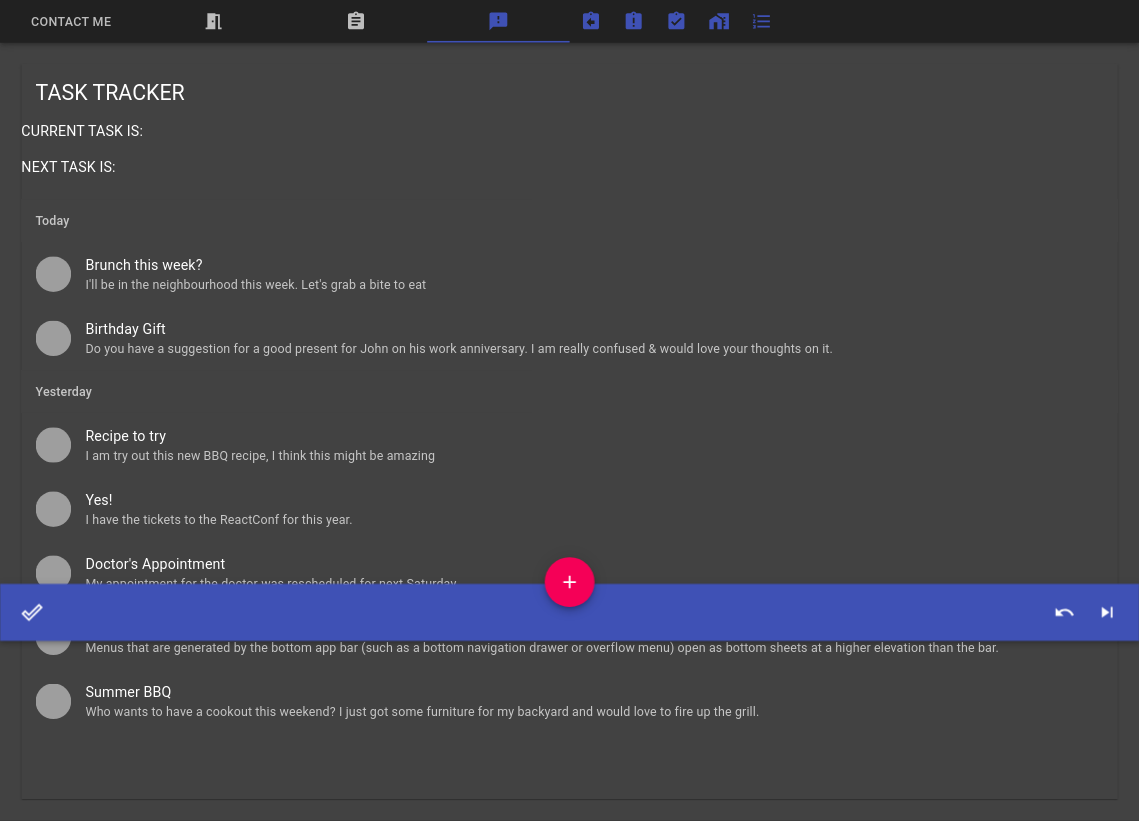
Repository: hossamsulleman1/CONTACTME
Page: / (app in my-app/), after clicking the first element matching `#scrollable-auto-tab-3`
An editor plug-in stored every save of this project. The page is shown before and after a run of saves, followed by the edit.
The browser window is 1280 px wide. The pictures show the whole page, at 89% of full size.
Pictures or frames that could not be fetched are drawn as grey boxes. The project was rebuilt for these pictures with package versions that can differ from the ones it lists, and the page was loaded fresh each time. Also part of the build but not shown: my-app/src/Components/ProfileFolder/FriendsAvatarList.jsx, my-app/src/Components/ProfileFolder/Content.jsx, my-app/src/Components/Preview.jsx.

Above is the page before, as saved 2020-11-09 11:36:45.

### my-app/src/App.js
import "./App.css";
import IconNav from "./Components/IconNav";
import { createMuiTheme, ThemeProvider } from "@material-ui/core/styles";

const theme = createMuiTheme({
  palette: {
    type: "dark",
  },
});

function App() {
  return (
    <ThemeProvider theme={theme}>
      <IconNav></IconNav>
    </ThemeProvider>
  );
}

export default App;

### my-app/src/App.css
.App {
  text-align: center;
}

.floatRight {
  float: right;
}

.flexbox {
 display: flex;
}

.App-logo {
  height: 40vmin;
  pointer-events: none;
}

@media (prefers-reduced-motion: no-preference) {
  .App-logo {
    animation: App-logo-spin infinite 20s linear;
  }
}

.App-header {
  background-color: #282c34;
  min-height: 100vh;
  display: flex;
  flex-direction: column;
  align-items: center;
  justify-content: center;
  font-size: calc(10px + 2vmin);
  color: white;
}

.App-link {
  color: #61dafb;
}

@keyframes App-logo-spin {
  from {
    transform: rotate(0deg);
  }
  to {
    transform: rotate(360deg);
  }
}

### my-app/src/Components/IconNav.jsx
import React from "react";
import PropTypes from "prop-types";
import { makeStyles } from "@material-ui/core/styles";
import AppBar from "@material-ui/core/AppBar";
import Tabs from "@material-ui/core/Tabs";
import Tab from "@material-ui/core/Tab";
import Typography from "@material-ui/core/Typography";
import Box from "@material-ui/core/Box";
import PhoneIcon from "@material-ui/icons/Phone";
import PageProp from "./PageProp";
import Button from "@material-ui/core/Button";
import Content from "./ProfileFolder/Content";
import MeetingRoomIcon from "@material-ui/icons/MeetingRoom";
import HomeWorkIcon from "@material-ui/icons/HomeWork";
import IconButton from "@material-ui/core/IconButton";
import "../App.css";
import Preview from "./Preview";
import FormatListNumberedIcon from "@material-ui/icons/FormatListNumbered";
import AssignmentTurnedInIcon from "@material-ui/icons/AssignmentTurnedIn";
import AssignmentReturnIcon from "@material-ui/icons/AssignmentReturn";
import AssignmentLateIcon from "@material-ui/icons/AssignmentLate";
import AssignmentIcon from "@material-ui/icons/Assignment";
import BottomNav from "./BottomNav";
import SmsFailedIcon from "@material-ui/icons/SmsFailed";

function TabPanel(props) {
  const { children, value, index, ...other } = props;

  return (
    <div
      role="tabpanel"
      hidden={value !== index}
      id={`scrollable-auto-tabpanel-${index}`}
      aria-labelledby={`scrollable-auto-tab-${index}`}
      {...other}
    >
      {value === index && (
        <Box p={3}>
          <Typography>{children}</Typography>
        </Box>
      )}
    </div>
  );
}

TabPanel.propTypes = {
  children: PropTypes.node,
  index: PropTypes.any.isRequired,
  value: PropTypes.any.isRequired,
};

function a11yProps(index) {
  return {
    id: `scrollable-auto-tab-${index}`,
    "aria-controls": `scrollable-auto-tabpanel-${index}`,
  };
}

const useStyles = makeStyles((theme) => ({
  root: {
    flexGrow: 1,
    width: "100%",
    backgroundColor: theme.palette.background.paper,
  },
}));

export default function IconNav() {
  const classes = useStyles();
  const [value, setValue] = React.useState(0);

  const handleChange = (event, newValue) => {
    setValue(newValue);
  };

  return (
    <div className={classes.root}>
      <AppBar position="static" color="default">
        <Tabs
          value={value}
          onChange={handleChange}
          indicatorColor="primary"
          textColor="primary"
          variant="scrollable"
          scrollButtons="auto"
          aria-label="scrollable auto tabs example"
        >
          {/* <div className="floatRight">
            <IconButton
              aria-label="delete"
              href="https://semptiareact.web.app/"
            >
              <HomeWorkIcon></HomeWorkIcon>
            </IconButton>
          </div> */}
          {/* <Tab icon={<PhoneIcon />} label="ME" {...a11yProps(0)} />
          <Tab icon={<PhoneIcon />} label="Linked In" {...a11yProps(1)} /> */}
          {/* <Tab label="Facebook" {...a11yProps(2)} />
          <Tab label="Instagram" {...a11yProps(3)} />
          <Tab label="Snapchat" {...a11yProps(4)} /> */}
          <Tab label="CONTACT ME" {...a11yProps(0)} />
          <Tab icon={<MeetingRoomIcon />} {...a11yProps(1)} />
          <Tab icon={<AssignmentIcon />} {...a11yProps(2)} />
          <Tab icon={<SmsFailedIcon />} {...a11yProps(3)} />

          <div className="flexbox">
            <div className="floatRight">
              <IconButton
                color="primary"
                aria-label="delete"
                href="https://semptiareact.web.app/"
              >
                <AssignmentReturnIcon />
                {/* GOES TO SEMPTIA TASK TRACKING PAGE  */}
              </IconButton>
            </div>
            <div className="floatRight">
              <IconButton
                color="primary"
                aria-label="delete"
                href="https://semptiareact.web.app/"
              >
                <AssignmentLateIcon />
                {/* GOES TO SEMPTIA TASK TRACKING PAGE  */}
              </IconButton>
            </div>
            <div className="floatRight">
              <IconButton
                color="primary"
                aria-label="delete"
                href="https://semptiareact.web.app/"
              >
                <AssignmentTurnedInIcon />
                {/* GOES TO SEMPTIA TASK TRACKING PAGE  */}
              </IconButton>
            </div>
            {/* these buttons can find info on task complete a task ect as a snackbar notif  */}
            <div className="floatRight">
              <IconButton
                color="primary"
                aria-label="delete"
                href="https://semptiareact.web.app/"
              >
                <HomeWorkIcon></HomeWorkIcon>
              </IconButton>
            </div>
            <div className="floatRight">
              <IconButton
                color="primary"
                aria-label="delete"
                href="https://semptiareact.web.app/"
              >
                <FormatListNumberedIcon></FormatListNumberedIcon>
                {/* GOES TO SEMPTIA TASK TRACKING PAGE  */}
              </IconButton>
            </div>
          </div>
        </Tabs>
      </AppBar>
      {/* <TabPanel value={value} index={0}>
        <Preview></Preview>
      </TabPanel>
      <TabPanel value={value} index={1}>
        <PageProp name="Linked In"></PageProp>
      </TabPanel>
      <TabPanel value={value} index={2}>
        <PageProp name="Facebook"></PageProp>
      </TabPanel>
      <TabPanel value={value} index={3}>
        <PageProp name="Instagram"></PageProp>
      </TabPanel> */}

      <TabPanel value={value} index={0}>
        <PageProp ></PageProp>
      </TabPanel>

      <TabPanel value={value} index={1}>
        Item Five
      </TabPanel>
      <TabPanel value={value} index={3}>
        <BottomNav></BottomNav>
        {/* bottom nav buttons for task complete ect then template for history on completes */}
      </TabPanel>
      <TabPanel value={value} index={2}>
        {/* make this just a icon thing and have it have a load screen sucess load and this unlocks door and shows stats about door ect not a tab  */}
        <p>TASKS </p>

        <p>current task is</p>

        <Button>SKIP TASK</Button>
        <Button>COMPLETE TASK </Button>
        <Button>UNDO TASK</Button>
      </TabPanel>
    </div>
  );
}

### my-app/src/Components/PageProp.jsx
import React from 'react'
import Button from '@material-ui/core/Button';


function PageProp(props) {


    return (
<div>
    <Button>
        ADD SNAPCHAT
    </Button>

    <Button>ADD INSTAGRAM</Button>

    <Button>ADD FACEBOOK</Button>

    <Button>ADD LINKED IN</Button>

    <Button>CONTACT ME</Button>
</div>
    )
}

export default PageProp;

### my-app/src/Components/BottomNav.jsx
import React from "react";
import { makeStyles } from "@material-ui/core/styles";
import AppBar from "@material-ui/core/AppBar";
import CssBaseline from "@material-ui/core/CssBaseline";
import Toolbar from "@material-ui/core/Toolbar";
import Typography from "@material-ui/core/Typography";
import IconButton from "@material-ui/core/IconButton";
import Paper from "@material-ui/core/Paper";
import Fab from "@material-ui/core/Fab";
import List from "@material-ui/core/List";
import ListItem from "@material-ui/core/ListItem";
import ListItemAvatar from "@material-ui/core/ListItemAvatar";
import ListItemText from "@material-ui/core/ListItemText";
import ListSubheader from "@material-ui/core/ListSubheader";
import Avatar from "@material-ui/core/Avatar";
import AddIcon from "@material-ui/icons/Add";
import SkipNextIcon from "@material-ui/icons/SkipNext";
import UndoIcon from "@material-ui/icons/Undo";
import DoneOutlineIcon from "@material-ui/icons/DoneOutline";
import Modal from '@material-ui/core/Modal';

function rand() {
    return Math.round(Math.random() * 20) - 10;
  }

  function getModalStyle() {
    const top = 50 + rand();
    const left = 50 + rand();

    return {
      top: `${top}%`,
      left: `${left}%`,
      transform: `translate(-${top}%, -${left}%)`,
    };
  }

const messages = [
  {
    id: 1,
    primary: "Brunch this week?",
    secondary:
      "I'll be in the neighbourhood this week. Let's grab a bite to eat",
    person: "/static/images/avatar/5.jpg",
  },
  {
    id: 2,
    primary: "Birthday Gift",
    secondary: `Do you have a suggestion for a good present for John on his work
      anniversary. I am really confused & would love your thoughts on it.`,
    person: "/static/images/avatar/1.jpg",
  },
  {
    id: 3,
    primary: "Recipe to try",
    secondary:
      "I am try out this new BBQ recipe, I think this might be amazing",
    person: "/static/images/avatar/2.jpg",
  },
  {
    id: 4,
    primary: "Yes!",
    secondary: "I have the tickets to the ReactConf for this year.",
    person: "/static/images/avatar/3.jpg",
  },
  {
    id: 5,
    primary: "Doctor's Appointment",
    secondary:
      "My appointment for the doctor was rescheduled for next Saturday.",
    person: "/static/images/avatar/4.jpg",
  },
  {
    id: 6,
    primary: "Discussion",
    secondary: `Menus that are generated by the bottom app bar (such as a bottom
      navigation drawer or overflow menu) open as bottom sheets at a higher elevation
      than the bar.`,
    person: "/static/images/avatar/5.jpg",
  },
  {
    id: 7,
    primary: "Summer BBQ",
    secondary: `Who wants to have a cookout this weekend? I just got some furniture
      for my backyard and would love to fire up the grill.`,
    person: "/static/images/avatar/1.jpg",
  },
];

const useStyles = makeStyles((theme) => ({
  text: {
    padding: theme.spacing(2, 2, 0),
  },
  paper: {
    paddingBottom: 50,
  },
  list: {
    marginBottom: theme.spacing(2),
  },
  subheader: {
    backgroundColor: theme.palette.background.paper,
  },
  appBar: {
    top: "auto",
    bottom: 0,
  },
  grow: {
    flexGrow: 1,
  },
  fabButton: {
    position: "absolute",
    zIndex: 1,
    top: -30,
    left: 0,
    right: 0,
    margin: "0 auto",
  },
}));

export default function BottomNav() {
  const classes = useStyles();

  return (
    <React.Fragment>
      <CssBaseline />
      <Paper square className={classes.paper}>
        <Typography className={classes.text} variant="h5" gutterBottom>
          TASK TRACKER
        </Typography>
        <p>CURRENT TASK IS:</p>
        <p>NEXT TASK IS:</p>
        {/* GREY SUBTITLES SMALLER TEXT  */}
        <List className={classes.list}>
          {messages.map(({ id, primary, secondary, person }) => (
            <React.Fragment key={id}>
              {id === 1 && (
                <ListSubheader className={classes.subheader}>
                  Today
                </ListSubheader>
              )}
              {id === 3 && (
                <ListSubheader className={classes.subheader}>
                  Yesterday
                </ListSubheader>
              )}
              <ListItem button>
                <ListItemAvatar>
                  <Avatar alt="Profile Picture" src={person} />
                </ListItemAvatar>
                <ListItemText primary={primary} secondary={secondary} />
              </ListItem>
            </React.Fragment>
          ))}
        </List>
      </Paper>
      <AppBar position="fixed" color="primary" className={classes.appBar}>
        <Toolbar>
          <IconButton edge="start" color="inherit" aria-label="open drawer">
            <DoneOutlineIcon></DoneOutlineIcon>
          </IconButton>
          <Fab color="secondary" aria-label="add" className={classes.fabButton}>
            <AddIcon />
          </Fab>
          <div className={classes.grow} />
          <IconButton color="inherit">
            <UndoIcon></UndoIcon>
          </IconButton>
          <IconButton edge="end" color="inherit">
            <SkipNextIcon></SkipNextIcon>
          </IconButton>
        </Toolbar>
      </AppBar>
    </React.Fragment>
  );
}

Loaded but not shown: my-app/public/index.html (common file); my-app/src/index.js (common file); my-app/src/index.css (common file); my-app/src/reportWebVitals.js (common file)

After the next 2 saves:
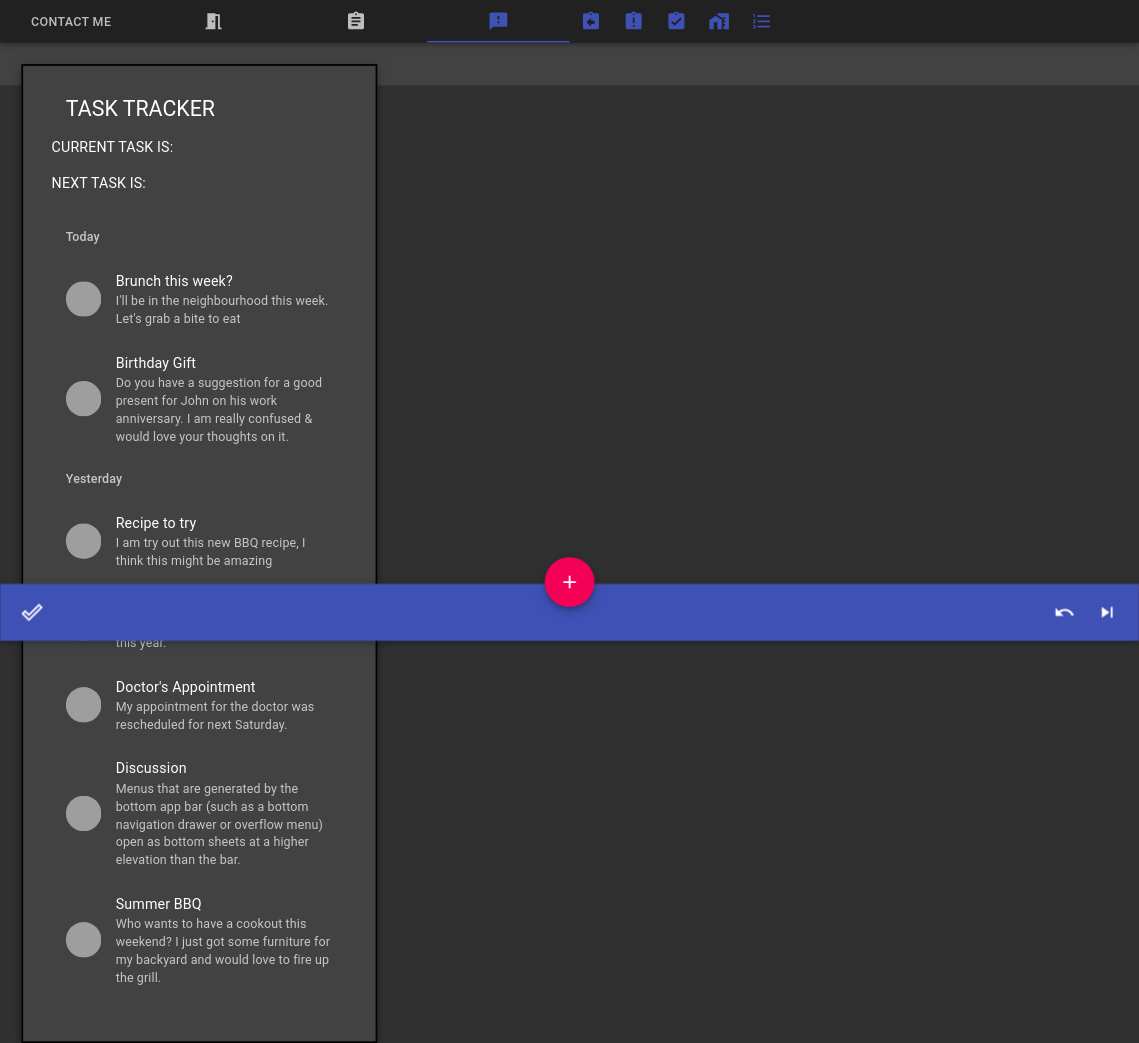
The 2 saves are shown as one change because they came seconds apart.
The last was saved 14 s later.
--- a/my-app/src/Components/BottomNav.jsx
+++ b/my-app/src/Components/BottomNav.jsx
@@ -114,6 +114,14 @@ const useStyles = makeStyles((theme) => ({
     right: 0,
     margin: "0 auto",
   },
+  paper: {
+    position: 'absolute',
+    width: 400,
+    backgroundColor: theme.palette.background.paper,
+    border: '2px solid #000',
+    boxShadow: theme.shadows[5],
+    padding: theme.spacing(2, 4, 3),
+  },
 }));
 
 export default function BottomNav() {
